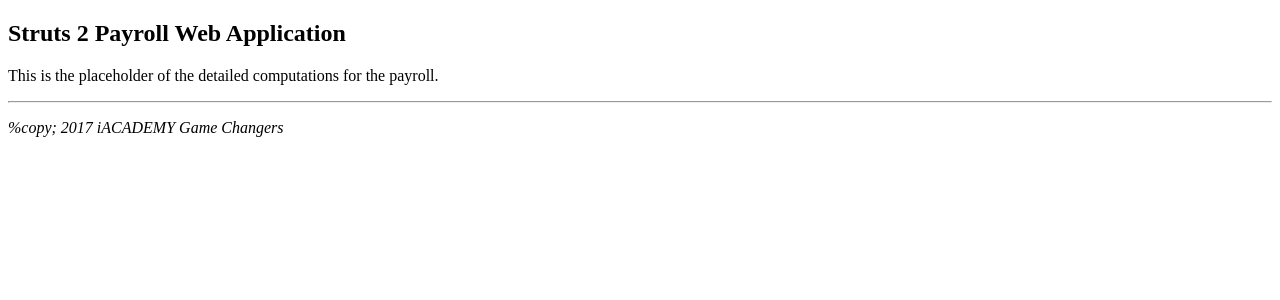
Repository: MichaelCadavillo/ENTJAV2
Page: http://localhost/code16-Struts2-payroll-URLParameters/payrollview.jsp
These files come from the project's save history. The page is drawn as it stood at one moment and after the next save; the edit follows.
The browser window is 1280 px wide. The pictures show the whole page.
The page is served by Tomcat 9. Nobody is signed in. The application's start-up code is not run.

Above is the page before, as saved 2017-09-19 03:52:17.

After the next save:
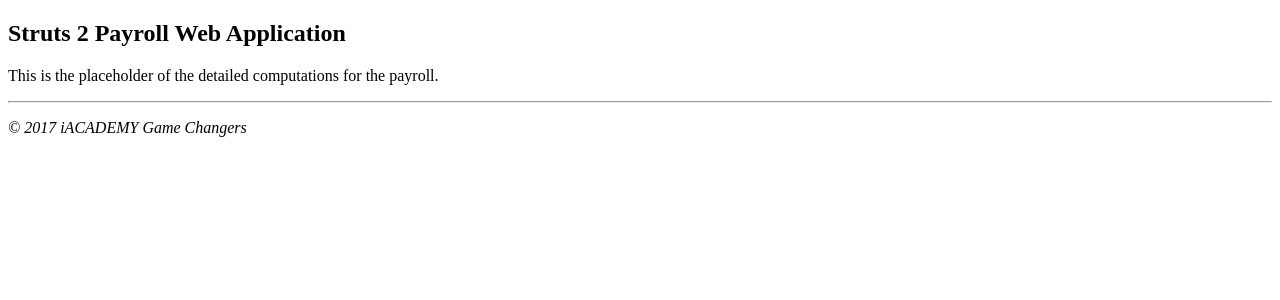
Saved 84 s later.
--- a/code16-Struts2-payroll-URLParameters/WebContent/payrollview.jsp
+++ b/code16-Struts2-payroll-URLParameters/WebContent/payrollview.jsp
@@ -10,6 +10,6 @@
 	<h2>Struts 2 Payroll Web Application</h2>
 	<p>This is the placeholder of the detailed computations for the payroll.</p>
 	<hr>
-	<p><i>%copy; 2017 iACADEMY Game Changers</i></p>
+	<p><i>&copy; 2017 iACADEMY Game Changers</i></p>
 </body>
 </html>
